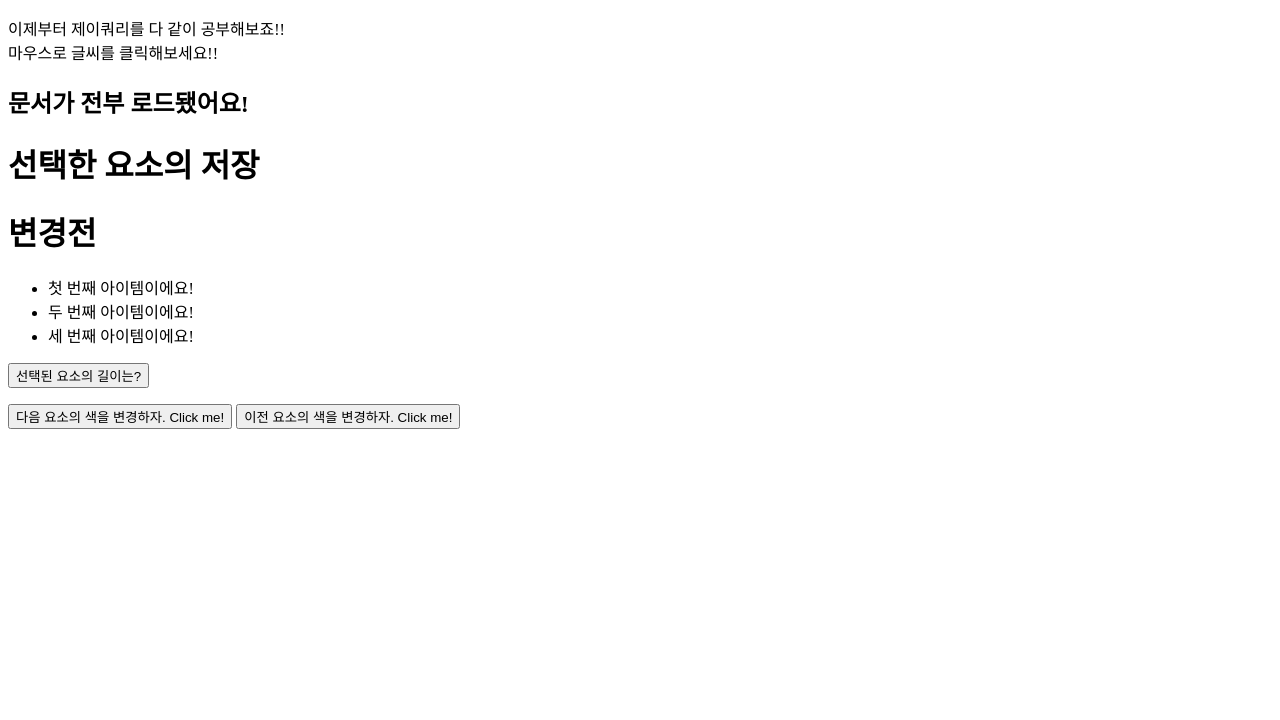
Repository: kokoko12334/sms
Page: http://localhost/test
These files come from the project's save history. The page is drawn as it stood at one moment and after the next save; the edit follows.
The browser window is 1280 px wide. The pictures show the whole page.
The page is this project's Thymeleaf template; nobody is signed in. The template is opened directly, without the code that normally fills it, so the values that code supplies are empty.

Above is the page before, as saved 2023-05-27 08:38:02.
Console error: TypeError: e.indexOf is not a function

### workspace_spring2/bankingdemo/src/main/resources/templates/test.html
<!DOCTYPE html>
<html>
<head>
<meta charset="UTF-8">
<script  src="http://code.jquery.com/jquery-latest.min.js"></script>
<title>Insert title here</title>
</head>
<body>

   <p>이제부터 제이쿼리를 다 같이 공부해보죠!!<br>

    마우스로 글씨를 클릭해보세요!!</p>

	<h2 id = "doc" class = "t"></h2>
	<h2 id = "win" class = "t"></h2>

	<h1>선택한 요소의 저장</h1>
	<h1 id = "text">변경전</h1>
	<ul>
		<li>첫 번째 아이템이에요!</li>
		<li>두 번째 아이템이에요!</li>
		<li>세 번째 아이템이에요!</li>
	</ul>
	<button>선택된 요소의 길이는?</button>
	<p id="len"></p>

	<div>
   <button class="button1">다음 요소의 색을 변경하자. Click me!</button>
   <button class="button2">이전 요소의 색을 변경하자. Click me!</button>
</div>

<script>
// $(function() { 제이쿼리코드 } ) 는 자바에서 window.onload = functions(){}과 같은 기능임 즉, 모든 페이지가 로드되고 실행하라는 의미
$(function() {

    $("p").on("click", function() {

       $("p").css("color", "red");

    });

    $("#doc").on("click", function(){
    	$(".t").css("color", "blue");
    });


    var items = $("li");	// <li>요소를 모두 선택하여 변수 items에 저장함.
    console.log(items[1]);
	$("button").on("click", function() {
		$("#len").text("저장된 <li>요소의 총 개수는 " + items.length + "개입니다.");
	});



	$('.button1').click(function() {
		   $(this).next().css('color', 'red');
		});

		// 이전 요소에 대한 색상 변경
		$('.button2').click(function() {
		   $(this).prev().css('color', 'red');
		});


		$("button").on("click", function() {

			      var newText = $("h1").html(); // <h1>요소의 텍스트를 읽어오는 getter 메소드

			      $("#text").html(newText);     // id가 "text"인 요소에 새로운 텍스트를 설정하는 setter 메소드

			    });






});



$(document).ready( function() {

    $("#doc").text("문서가 전부 로드됐어요!");

});

$(window).load( function() {

    $("#win").text("창이 모두 로드됐어요!");

});
</script>
</body>
</html>

After the next save:
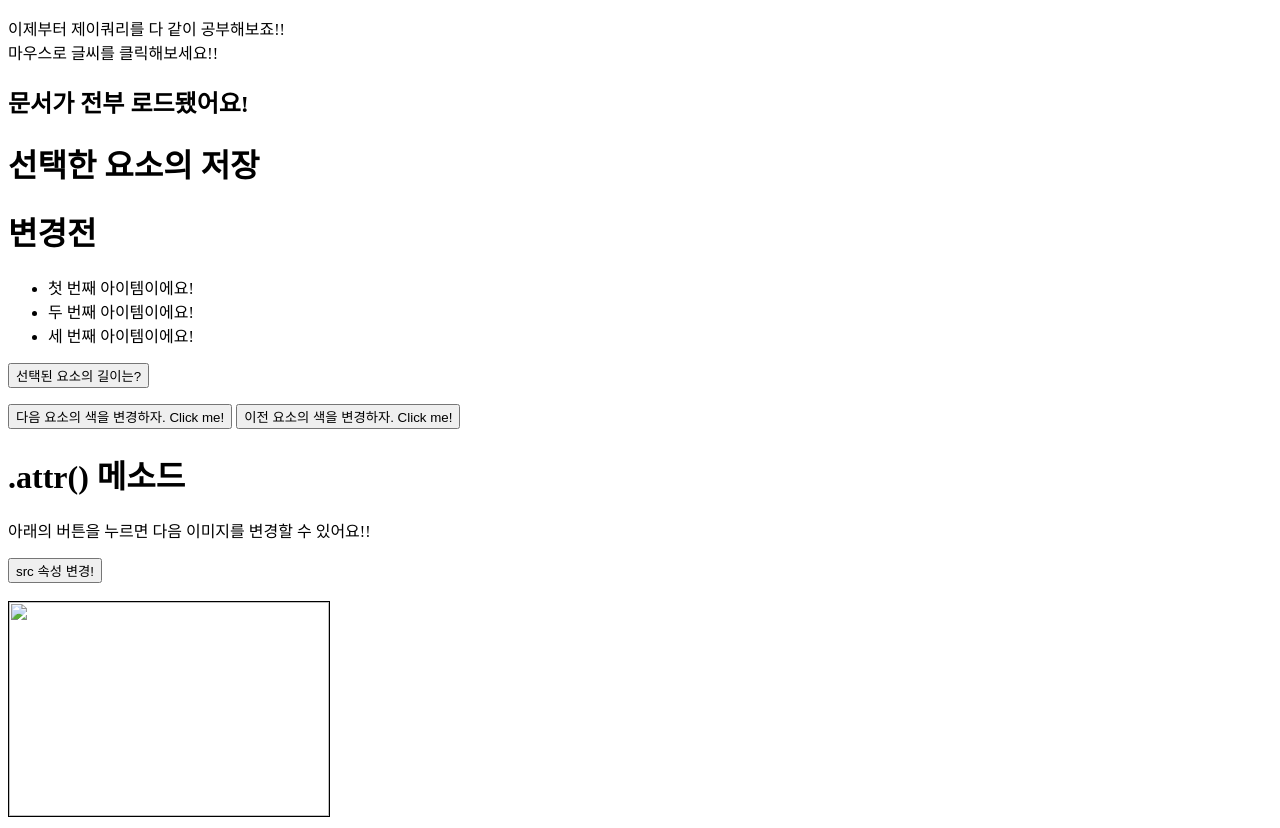
Not found: workspace_spring2/bankingdemo/examples/images/img_flower.png
Saved 4 min 29 s later.
--- a/workspace_spring2/bankingdemo/src/main/resources/templates/test.html
+++ b/workspace_spring2/bankingdemo/src/main/resources/templates/test.html
@@ -28,6 +28,12 @@
    <button class="button1">다음 요소의 색을 변경하자. Click me!</button>
    <button class="button2">이전 요소의 색을 변경하자. Click me!</button>
 </div>
+
+
+<h1>.attr() 메소드</h1>
+	<p>아래의 버튼을 누르면 다음 이미지를 변경할 수 있어요!!</p>
+	<button>src 속성 변경!</button><br><br>
+	<img src="/examples/images/img_flower.png" style="width:320px; height:214px; border: 1px solid black">
 
 <script>
 // $(function() { 제이쿼리코드 } ) 는 자바에서 window.onload = functions(){}과 같은 기능임 즉, 모든 페이지가 로드되고 실행하라는 의미
